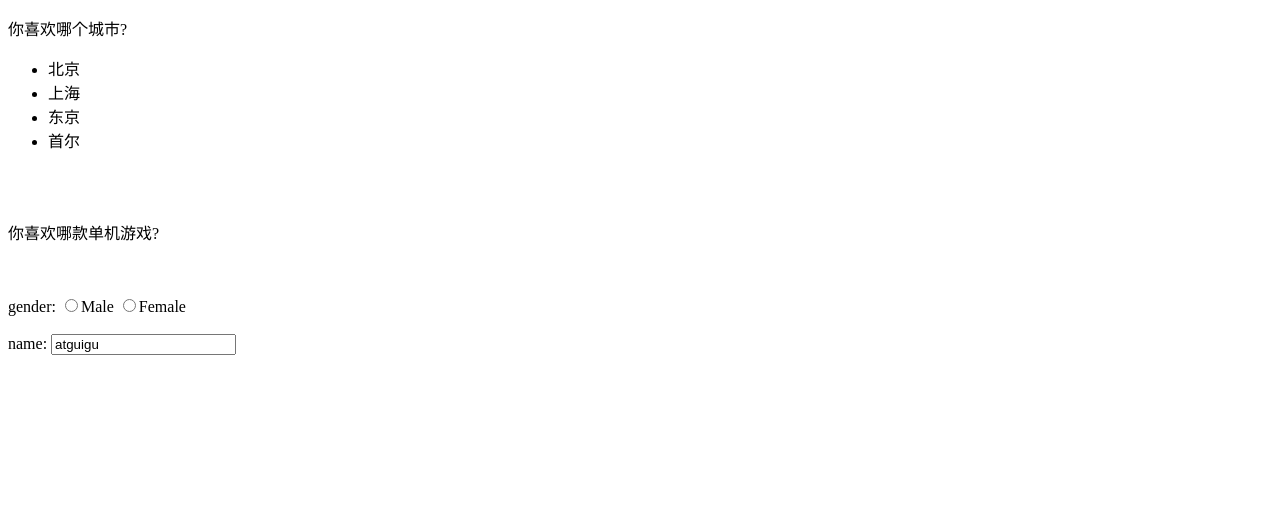
Repository: smilebingbing/java
Page: day_1/WebContent/dom-4.html
An editor plug-in stored every save of this project. The page is shown before and after the next save, followed by the edit.
The browser window is 1280 px wide. The pictures show the whole page.

Above is the page before, as saved 2016-10-18 09:28:16.

### day_1/WebContent/dom-4.html
<!DOCTYPE HTML PUBLIC "-//W3C//DTD HTML 4.01//EN" "http://www.w3.org/TR/html4/strict.dtd">
<html>
	<head>
		<meta http-equiv="Content-Type" content="text/html; charset=UTF-8">
		<title>Untitled Document</title>

		<script type="text/javascript" src="scripts/jquery-1.7.2.js"></script>
		<script type="text/javascript">

			//测试使用 jQuery 删除节点
			$(function(){
				$("#city li").click(function(){
					$(this).remove();
				});
				//1. 为 #city 的每一个 li 添加 click 响应函数: 点击时, li 被删除
				//$("#city li").click(function(){
				//	$(this).remove();
				//});

				//jQuery 对象的 remove() 方法: 将把 jQuery 对象对应的
				//DOM 节点直接删除.
				//$("#bj").remove();

				//2. 清空 #game 节点
				//jQuery 对象的 empty() 方法: 清空 jQuery 对象对应的
				//DOM 对象的所有的子节点.
				alert("要清空了!");
				$("#game").empty();
			})


		</script>

	</head>
	<body>
		<p>你喜欢哪个城市?</p>
		<ul id="city"><li id="bj" name="BeiJing">北京</li>
			<li>上海</li>
			<li id="dj">东京</li>
			<li id="se">首尔</li>
		</ul>

		<br><br>
		<p>你喜欢哪款单机游戏?</p>
		<ul id="game">
			<li id="rl">红警</li>
			<li>实况</li>
			<li>极品飞车</li>
			<li>魔兽</li>
		</ul>

		<br><br>
		gender:
			<input type="radio" name="gender" value="male"/>Male
			<input type="radio" name="gender" value="female"/>Female

		<br><br>
		name: <input type="text" name="username" value="atguigu"/>

	</body>
</html>

Loaded but not shown: day_1/WebContent/jquery-1.7.2.js (library)

After the next save:
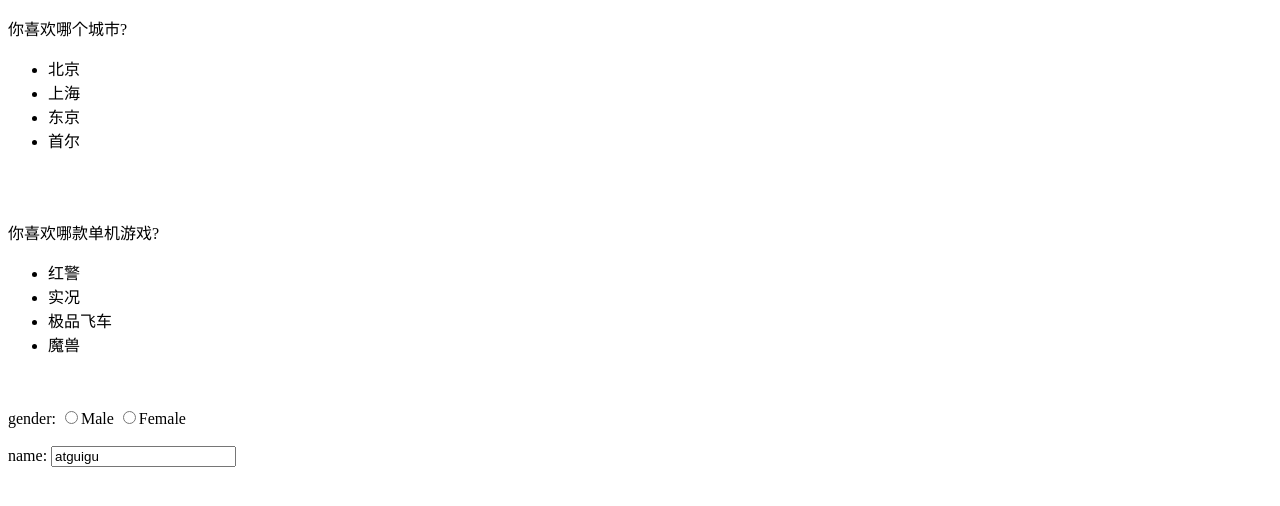
Saved 102 s later.
--- a/day_1/WebContent/dom-4.html
+++ b/day_1/WebContent/dom-4.html
@@ -24,8 +24,8 @@
 				//2. 清空 #game 节点
 				//jQuery 对象的 empty() 方法: 清空 jQuery 对象对应的
 				//DOM 对象的所有的子节点.
-				alert("要清空了!");
-				$("#game").empty();
+				//alert("要清空了!");
+				//$("#game").empty();
 			})
 
 

After the save that followed:
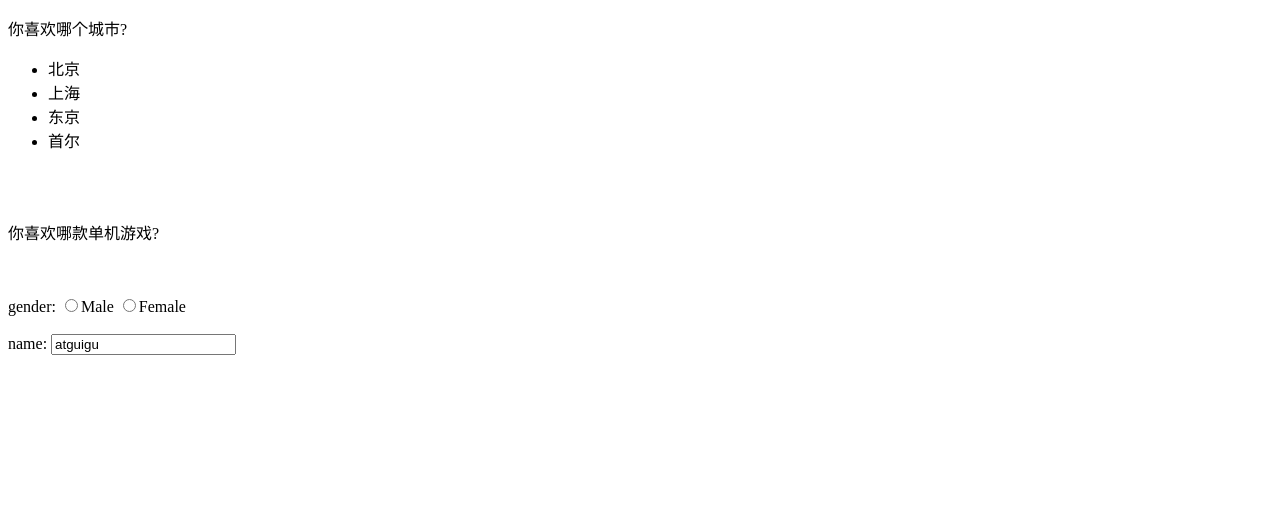
Saved 25 s later.
--- a/day_1/WebContent/dom-4.html
+++ b/day_1/WebContent/dom-4.html
@@ -24,8 +24,8 @@
 				//2. 清空 #game 节点
 				//jQuery 对象的 empty() 方法: 清空 jQuery 对象对应的
 				//DOM 对象的所有的子节点.
-				//alert("要清空了!");
-				//$("#game").empty();
+				alert("要清空了!");
+				$("#game").empty();
 			})
 
 
